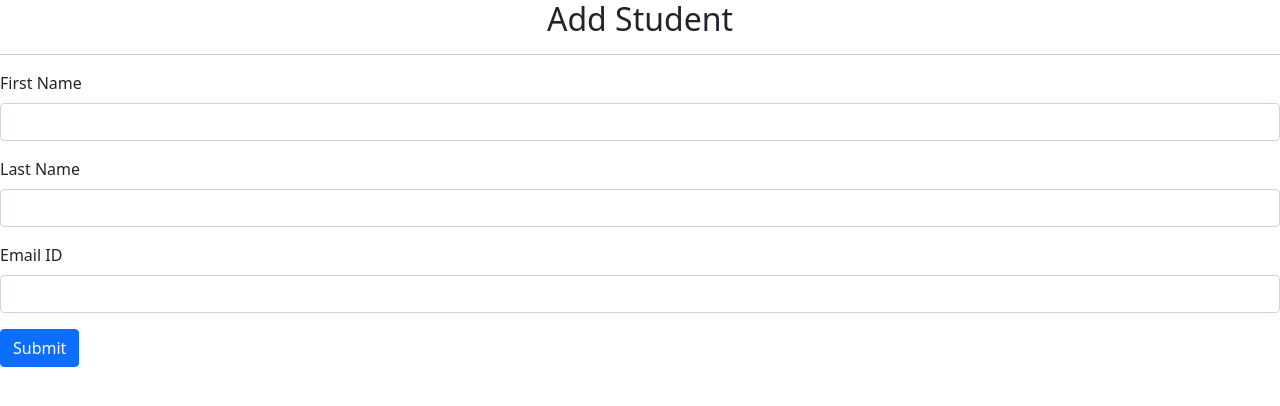
Repository: SuyashAwasthy/Javaee
Page: http://localhost/11-student-mvc-db/add-student.jsp
These files come from the project's save history. The page is drawn as it stood at one moment and after the next save; the edit follows.
The browser window is 1280 px wide. The pictures show the whole page.
The page is served by Tomcat 9. Other server files are loaded and not shown.

Above is the page before, as saved 2024-07-17 08:08:17.

### 11-student-mvc-db/WebContent/add-student.jsp
<%@ page language="java" contentType="text/html; charset=ISO-8859-1"
	pageEncoding="ISO-8859-1"%>
<link
	href="https://cdn.jsdelivr.net/npm/bootstrap@5.0.2/dist/css/bootstrap.min.css"
	rel="stylesheet"
	integrity="sha384-EVSTQN3/azprG1Anm3QDgpJLIm9Nao0Yz1ztcQTwFspd3yD65VohhpuuCOmLASjC"
	crossorigin="anonymous">
<script
	src="https://cdn.jsdelivr.net/npm/bootstrap@5.0.2/dist/js/bootstrap.bundle.min.js"
	integrity="sha384-MrcW6ZMFYlzcLA8Nl+NtUVF0sA7MsXsP1UyJoMp4YLEuNSfAP+JcXn/tWtIaxVXM"
	crossorigin="anonymous"></script>
<meta charset="ISO-8859-1">
<!DOCTYPE html>
<html>
<head>
<meta charset="ISO-8859-1">
<title>Add Student</title>
</head>
<body>
	<div class="container">
		<div class="text-center">
			<p class="h2">Add Student</p>
		</div>
	</div>
	<hr>
	<form action="StudentController">
		<div class="mb-3">
			<label for="first_name" class="form-label">First Name</label>
			<input type="text" class="form-control" id="first_name">
		</div>
		<div class="mb-3">
			<label for="last_name" class="form-label">Last Name</label>
			<input type="text" class="form-control" id="last_name">
		</div>
		<div class="mb-3">
			<label for="email" class="form-label">Email ID</label>
			<input type="email" class="form-control" id="email">
		</div>
		<button type="submit" class="btn btn-primary">Submit</button>
	</form>

</body>
</html>

After the next save:
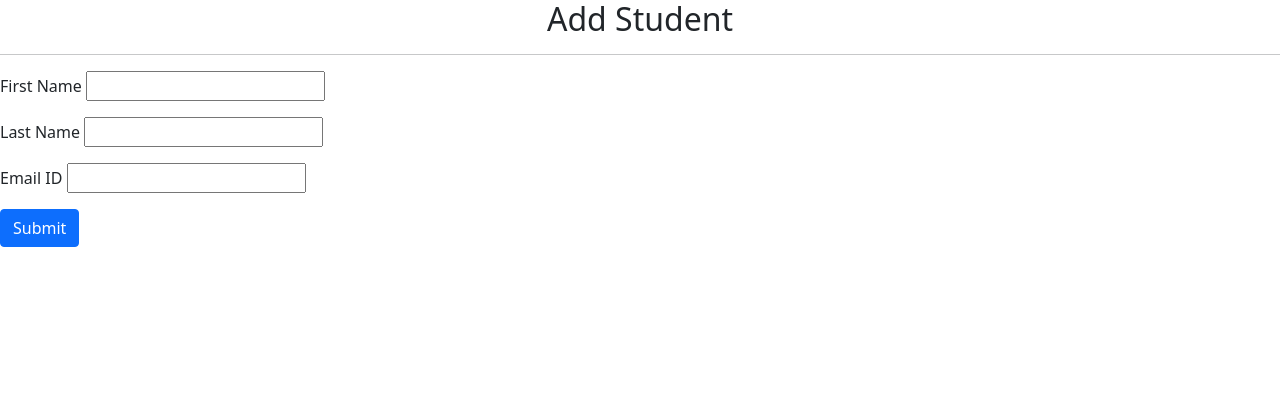
Saved 40 s later.
--- a/11-student-mvc-db/WebContent/add-student.jsp
+++ b/11-student-mvc-db/WebContent/add-student.jsp
@@ -25,16 +25,16 @@
 	<hr>
 	<form action="StudentController">
 		<div class="mb-3">
-			<label for="first_name" class="form-label">First Name</label>
-			<input type="text" class="form-control" id="first_name">
+			<label for="first_name" class="command">First Name</label>
+			<input type="text" class="command" id="first_name">
 		</div>
 		<div class="mb-3">
-			<label for="last_name" class="form-label">Last Name</label>
-			<input type="text" class="form-control" id="last_name">
+			<label for="last_name" class="command">Last Name</label>
+			<input type="text" class="command" id="last_name">
 		</div>
 		<div class="mb-3">
-			<label for="email" class="form-label">Email ID</label>
-			<input type="email" class="form-control" id="email">
+			<label for="email" class="command">Email ID</label>
+			<input type="email" class="command" id="email">
 		</div>
 		<button type="submit" class="btn btn-primary">Submit</button>
 	</form>
